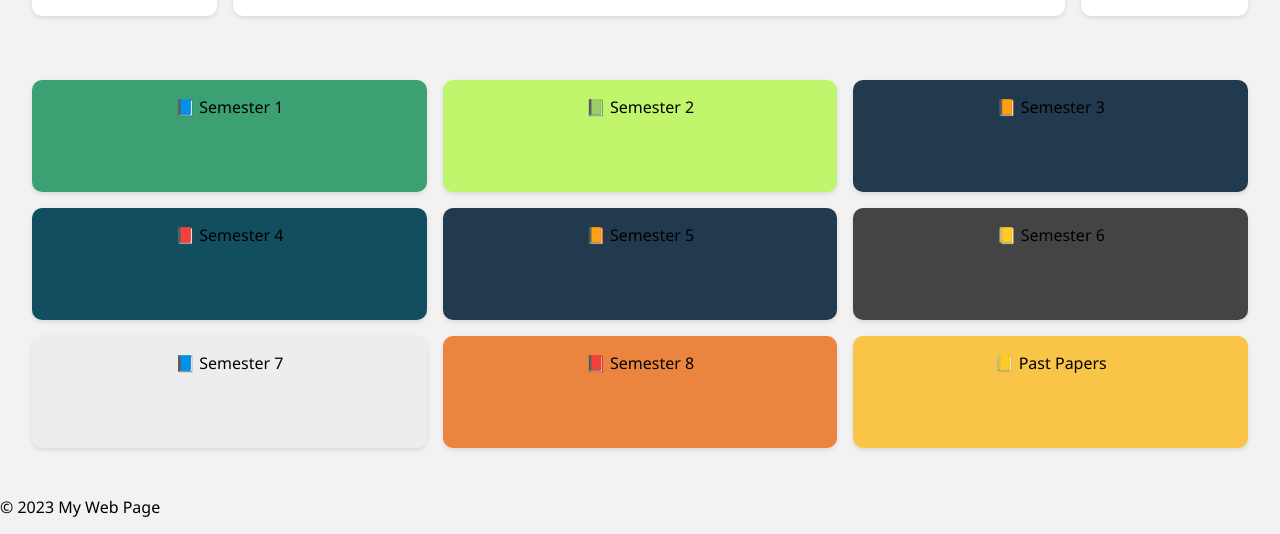
Repository: MariamSawera/eduNova
Page: index.html
These files come from the project's save history. The page is drawn as it stood at one moment and after the next save; the edit follows.
The browser window is 1280 px wide. The pictures show the part of the page from y = 1042 to 1576 px (the page is 1576 px tall).

Above is the page before, as saved 2025-07-21 20:01:47.

After the next save:
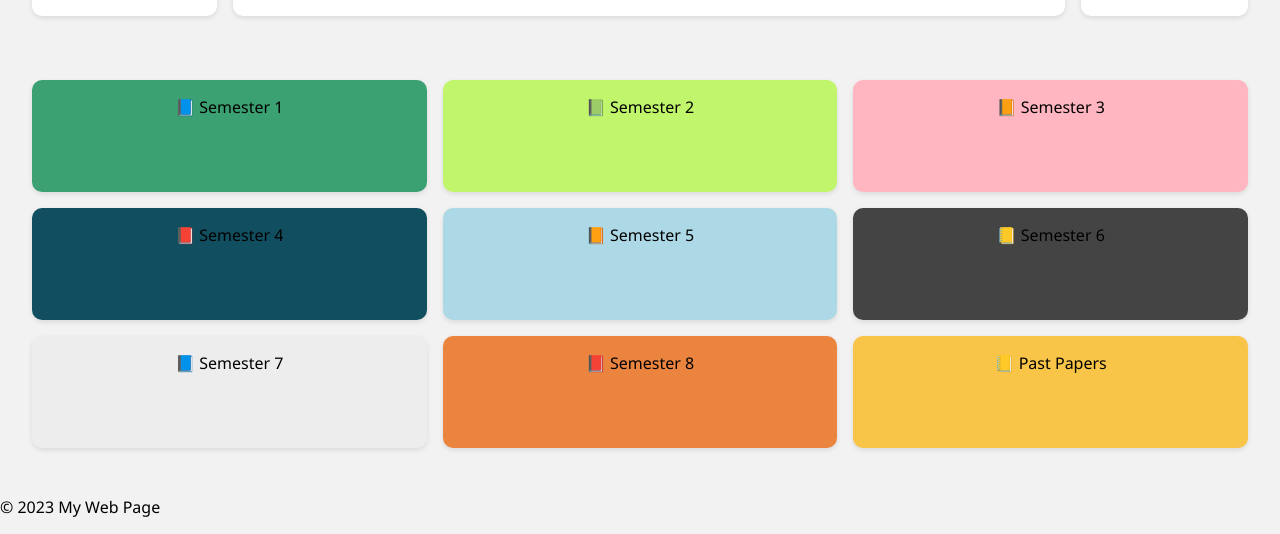
Saved 8 s later.
--- a/index.html
+++ b/index.html
@@ -63,9 +63,9 @@
   <div class="quick-links">
     <div class="link-card" style="background-color: #3CA172;"><a href="firstsemester.html">📘 Semester 1</a></div>
     <div class="link-card" style="background-color: rgb(192, 245, 108);"><a href="">📗 Semester 2</a></div>
-    <div class="link-card" style="background-color: #223A4E;"><a href="">📙 Semester 3</a></div>
+    <div class="link-card" style="background-color: lightpink;"><a href="">📙 Semester 3</a></div>
     <div class="link-card" style="background-color: #114F60;"><a href="">📕 Semester 4</a></div>
-    <div class="link-card" style="background-color:  #223A4E;"><a href="">📙 Semester 5</a></div>
+    <div class="link-card" style="background-color: lightblue;"><a href="">📙 Semester 5</a></div>
     <div class="link-card" style="background-color: #444444"><a href="">📒 Semester 6</a></div>
     <div class="link-card" style="background-color: #EDEDED;"><a href="">📘 Semester 7</a></div>
     <div class="link-card" style="background-color: #eb843f;"><a href="">📕 Semester 8</a></div>
